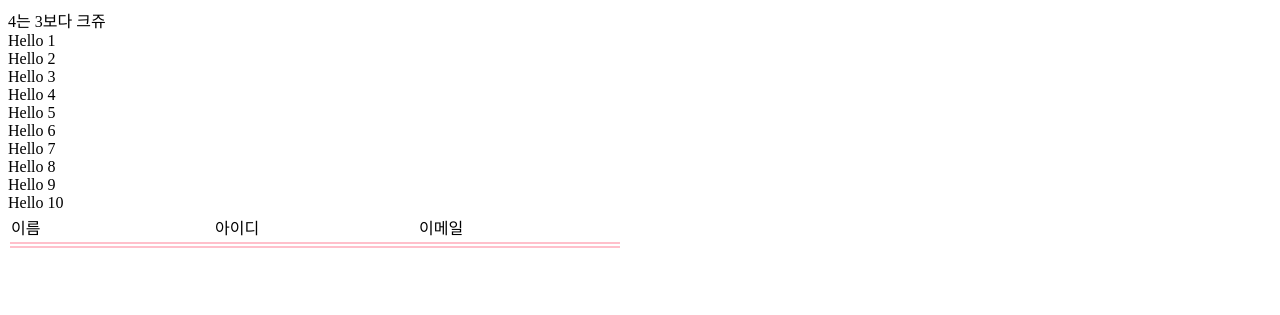
Repository: Seonhanbit/dev
Page: http://localhost/0920_Friday/main.jsp
An editor plug-in stored every save of this project. The page is shown before and after the next save, followed by the edit.
The browser window is 1280 px wide. The pictures show the whole page.
The page is served by Tomcat 9. Other server files are loaded and not shown.

Above is the page before, as saved 2019-09-20 05:38:55.

### work_servlet_jsp/0920_Friday/WebContent/main.jsp
<%@ page language="java" contentType="text/html; charset=UTF-8"
	pageEncoding="UTF-8"%>
<%@ taglib uri="http://java.sun.com/jsp/jstl/core" prefix="c"%>
<!DOCTYPE html>
<html>
<head>
<meta charset="UTF-8">
<title>Insert title here</title>
</head>
<body>
	<c:if test="${4>3}">
4는 3보다 크쥬 <br>
	</c:if>
	<c:forEach begin="1" end="10" step="1" varStatus="st">
Hello
${st.index}<br>
	</c:forEach>
	<table>
		<tr>
			<td width="200">이름</td>
			<td width="200">아이디</td>
			<td width="200">이메일</td>
		</tr>
		<tr>
		<td colspan="3" bgcolor="pink"></td>
		</tr>
		<c:forEach items="${memberList }" var="member">
			<tr>
				<td>${member.name}</td>
				<td>${member.userid}</td>
				<td>${member.email}</td>
			</tr>
		</c:forEach>
		<tr>
		<td colspan="3" bgcolor="pink"></td>
		</tr>
	</table>
</body>
</html>

After the next save:
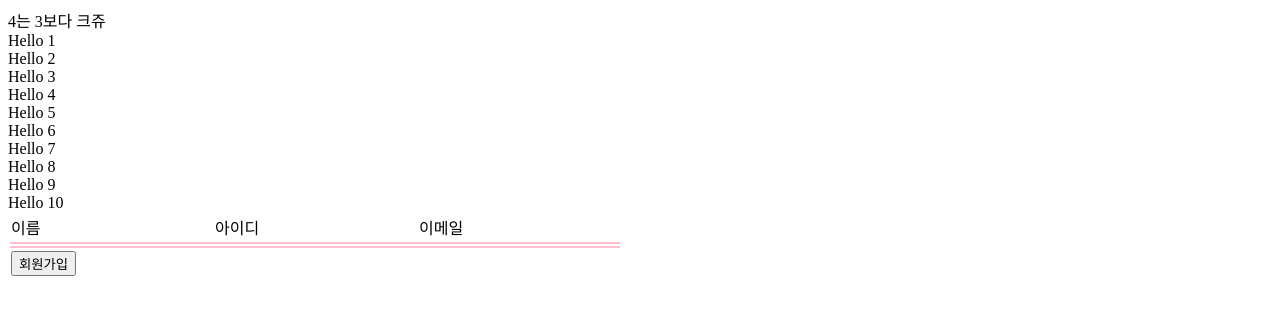
Saved 97 s later.
--- a/work_servlet_jsp/0920_Friday/WebContent/main.jsp
+++ b/work_servlet_jsp/0920_Friday/WebContent/main.jsp
@@ -34,6 +34,9 @@ ${st.index}<br>
 		<tr>
 		<td colspan="3" bgcolor="pink"></td>
 		</tr>
+		<tr>
+		<td colspan="3"><input onclick="location.href='member.do?action=addMemberForm'" type="button" value="회원가입"></td>
+		</tr>
 	</table>
 </body>
 </html>
